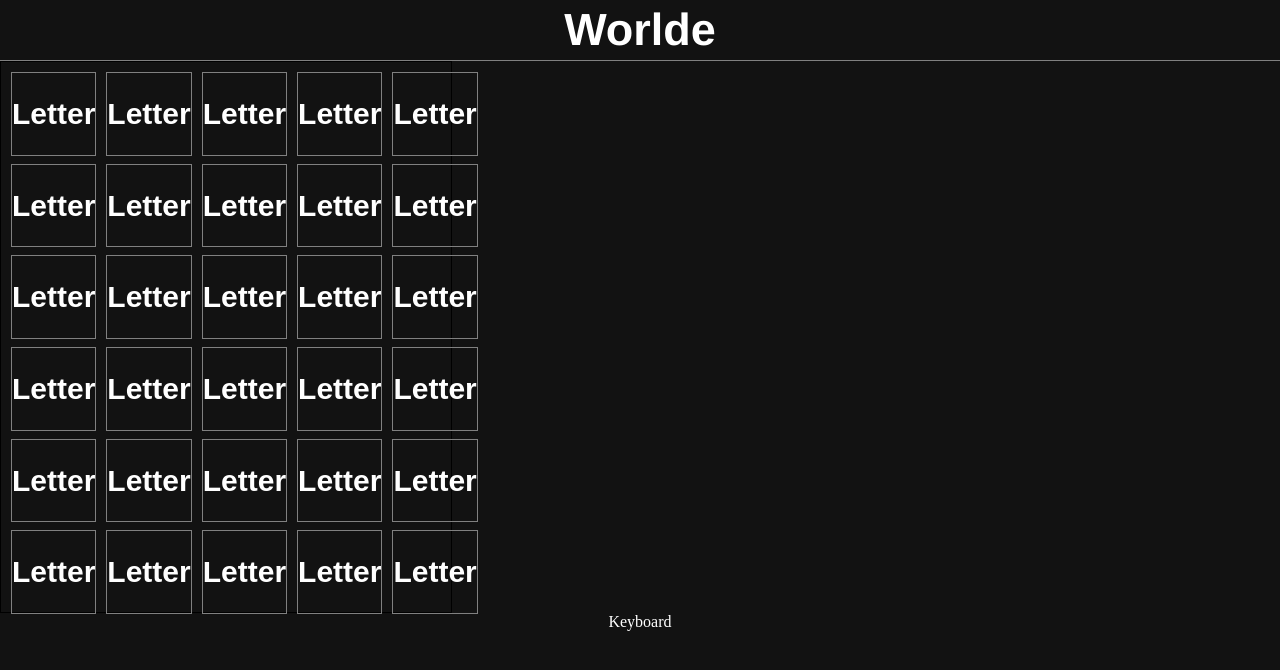
Repository: azizdeghais/Wordle
Page: /
The author's editor kept a copy of each file at every save. The page is drawn from the files as they stood at one save, then again after a run of saves.
The browser window is 1280 px wide. The pictures show the whole page.
The project was rebuilt for these pictures with package versions that can differ from the ones it lists, and the page was loaded fresh each time.

Above is the page before, as saved 2022-11-30 09:58:54.

### src/App.js
import './App.css';
import Board from './Components/Board';
import Keyboard from './Components/Keyboard';
import {createContext,useState } from 'react'
import {boardDefault} from  "./Words"

export const AppContext = createContext();

function App() {
  const [board,setBoard]=useState(boardDefault);

  return (
    <div className="App">
     <nav><h1>Worlde</h1></nav>
     <AppContext.Provider value={{board,setBoard}}>
     <Board />
     <Keyboard />
     </AppContext.Provider>
    </div>
  );
}

export default App;

### src/Components/Board.js
import React,{useState} from 'react'
import { boardDefault } from '../Words'
import Letter  from './Letter';

function Board() {


  return (
    <div className='board'>
        <div className='row'>
          <Letter letterPos={0} attemptVal={0}></Letter>
          <Letter letterPos={1} attemptVal={0}></Letter>
          <Letter letterPos={2} attemptVal={0}></Letter>
          <Letter letterPos={3} attemptVal={0}></Letter>
          <Letter letterPos={4} attemptVal={0}></Letter>
          </div>
        <div className='row'>
          <Letter letterPos={0} attemptVal={1}></Letter>
          <Letter letterPos={1} attemptVal={1}></Letter>
          <Letter letterPos={2} attemptVal={1}></Letter>
          <Letter letterPos={3} attemptVal={1}></Letter>
          <Letter letterPos={4} attemptVal={1}></Letter>
          </div>
        <div className='row'>
          <Letter letterPos={0} attemptVal={2}></Letter>
          <Letter letterPos={1} attemptVal={2}></Letter>
          <Letter letterPos={2} attemptVal={2}></Letter>
          <Letter letterPos={3} attemptVal={2}></Letter>
          <Letter letterPos={4} attemptVal={2}></Letter>
          </div>
        <div className='row'>
          <Letter letterPos={0} attemptVal={3}></Letter>
          <Letter letterPos={1} attemptVal={3}></Letter>
          <Letter letterPos={2} attemptVal={3}></Letter>
          <Letter letterPos={3} attemptVal={3}></Letter>
          <Letter letterPos={4} attemptVal={3}></Letter>
          </div>
        <div className='row'>
          <Letter letterPos={0} attemptVal={4}></Letter>
          <Letter letterPos={1} attemptVal={4}></Letter>
          <Letter letterPos={2} attemptVal={4}></Letter>
          <Letter letterPos={3} attemptVal={4}></Letter>
          <Letter letterPos={4} attemptVal={4}></Letter>
          </div>
        <div className='row'>
          <Letter letterPos={0} attemptVal={5}></Letter>
          <Letter letterPos={1} attemptVal={5}></Letter>
          <Letter letterPos={2} attemptVal={5}></Letter>
          <Letter letterPos={3} attemptVal={5}></Letter>
          <Letter letterPos={4} attemptVal={5}></Letter>
          </div>
    </div>
  )
}

export default Board

### src/Components/Keyboard.js
import React from 'react'

function Keyboard() {
  return (
    <div>Keyboard</div>
  )
}

export default Keyboard

### src/Words.js
export const boardDefault = [
    ["", "", "", "", ""],
    ["", "", "", "", ""],
    ["", "", "", "", ""],
    ["", "", "", "F", ""],
    ["", "", "", "", ""],
    ["", "", "", "", ""],
  ];

### src/Components/Letter.js
import React,{useContext} from 'react'
import App, {AppContext} from '../App'

function Letter({letterPos,attemptVal}) {
  const {board}=useContext(AppContext);
  return (
    <div className='letter'>Letter</div>
  )
}

export default Letter

Loaded but not shown: public/index.html (common file); src/index.js (common file); src/reportWebVitals.js (common file); src/App.css (common file)

After the next 2 saves:
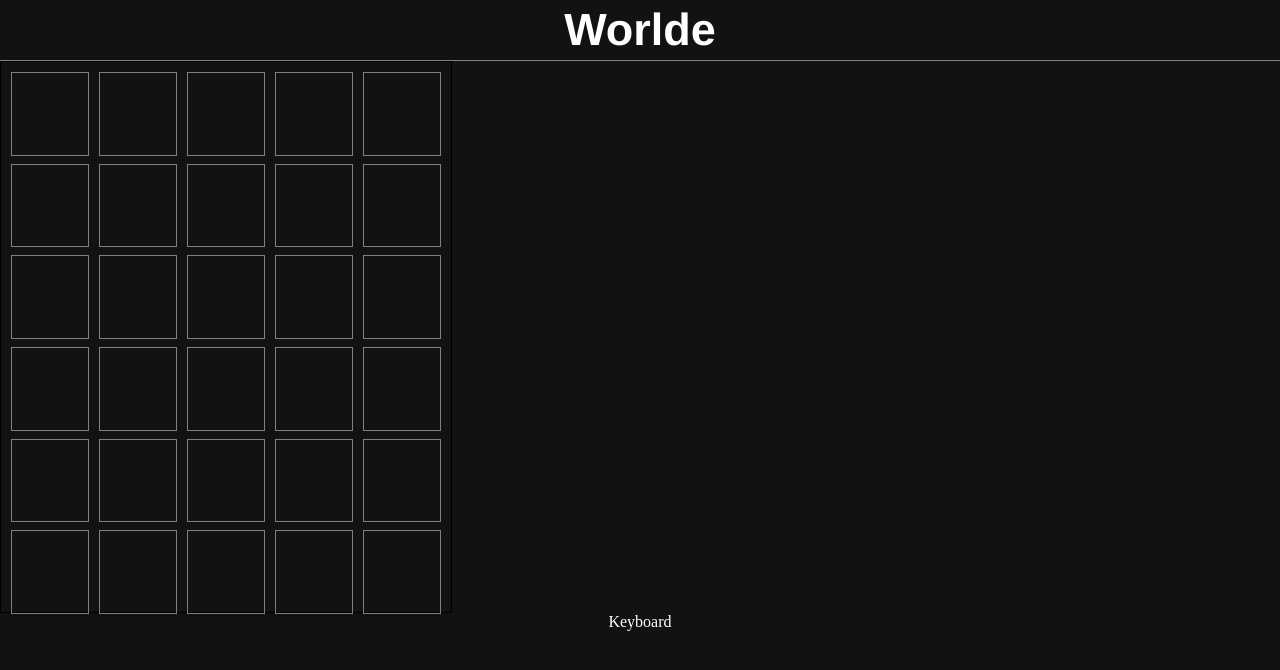
The 2 saves are shown as one change because 1 did not build or start.
The last was saved 54 s later.
--- a/src/Components/Letter.js
+++ b/src/Components/Letter.js
@@ -3,8 +3,9 @@
 
 function Letter({letterPos,attemptVal}) {
   const {board}=useContext(AppContext);
+  const {letter} = board[attemptVal][letterPos]
   return (
-    <div className='letter'>Letter</div>
+    <div className='letter'>{letter}</div>
   )
 }
 
